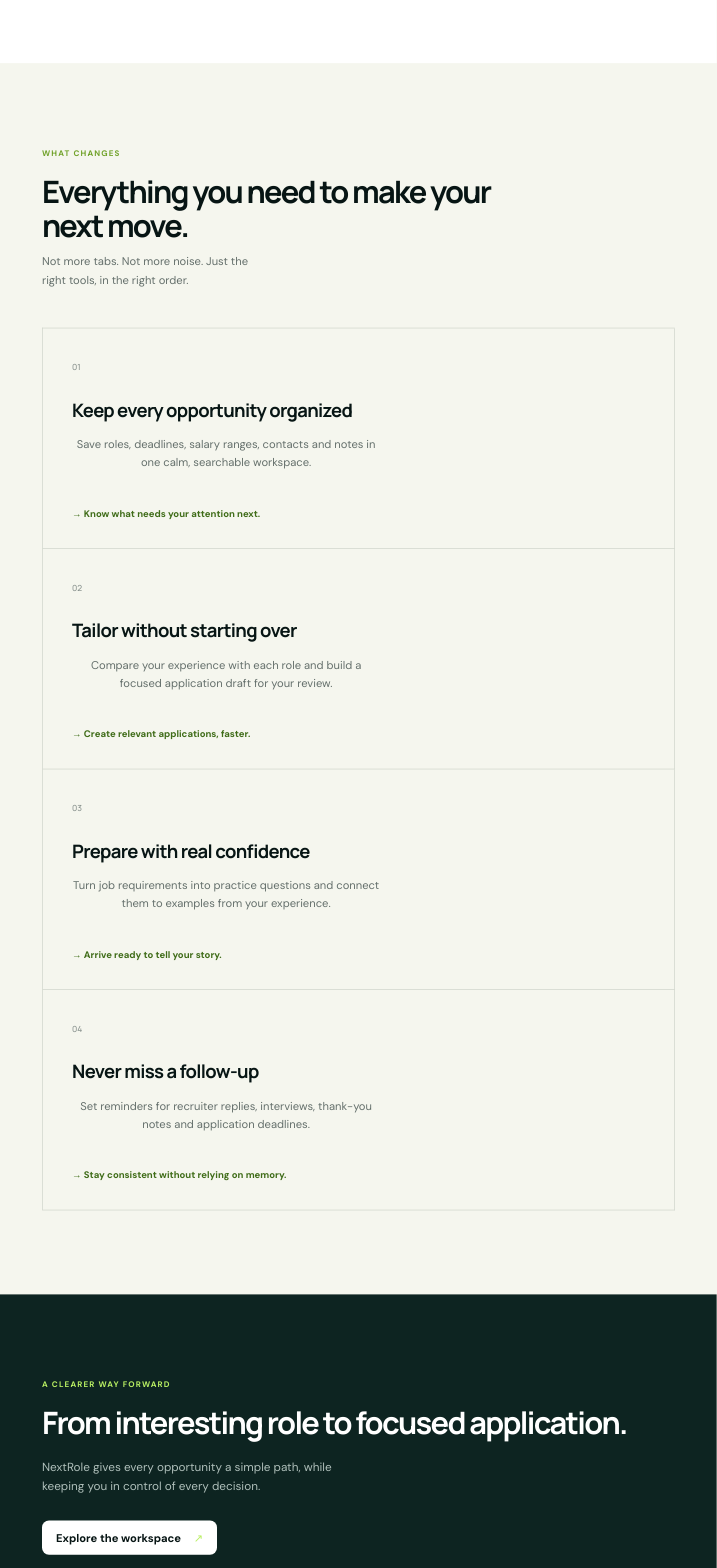
Repository: Lovethrech/NextRole-Nuxt-Portfolio
Page: /
These files come from the project's save history. The page is drawn as it stood at one moment and after a run of saves; the edit follows.
The browser window is 1024 px wide. The pictures show the part of the page from y = 1733 to 3973 px (the page is 7270 px tall), at 70% of full size.
The project was rebuilt for these pictures with package versions that can differ from the ones it lists, and the page was loaded fresh each time. The framework's server and built-in components were replaced by stand-ins that run in the browser. Also part of the build but not shown: nuxt.config.js.

Above is the page before, as saved 2026-09-12 17:17:41.

After the next 2 saves:
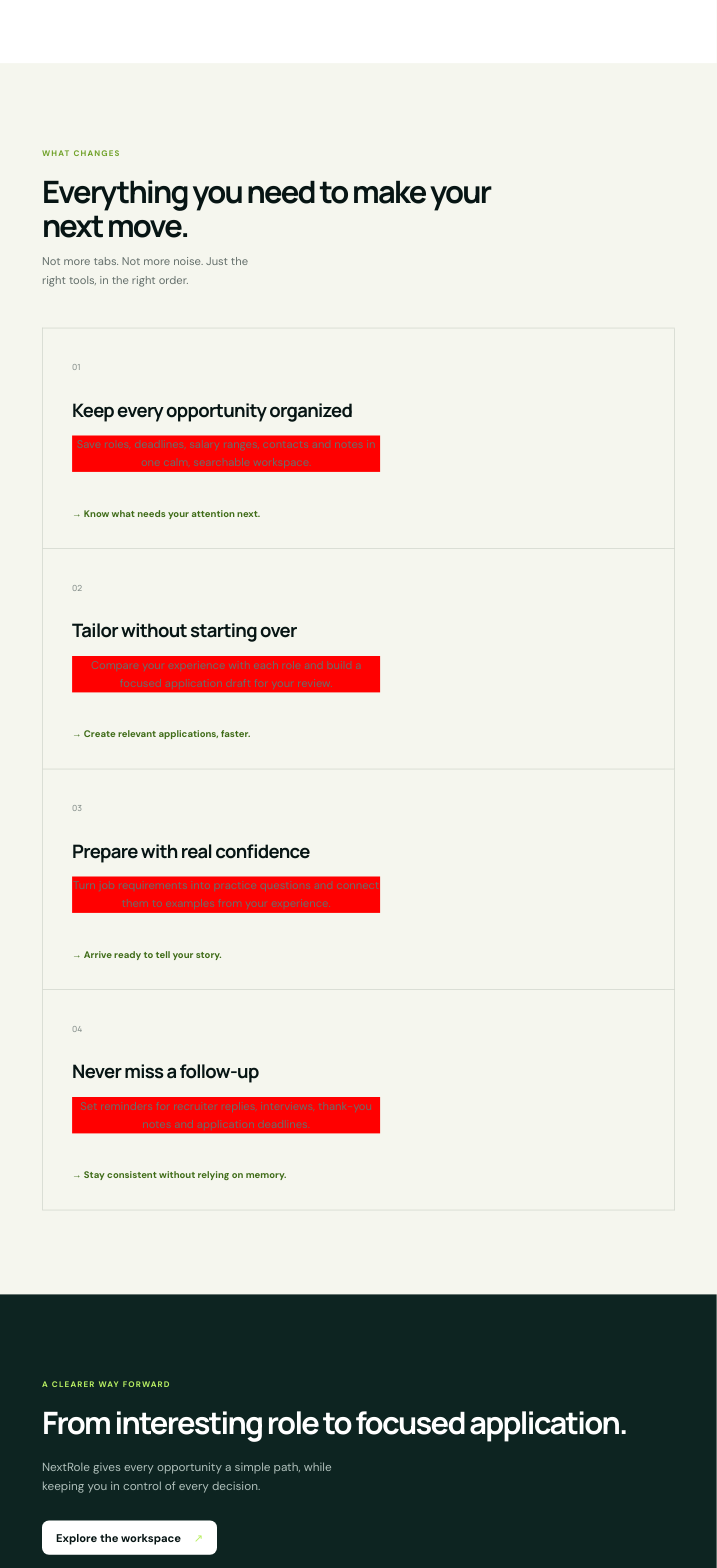
The 2 saves are shown as one change because they came seconds apart.
The last was saved 9 s later.
--- a/assets/css/main.css
+++ b/assets/css/main.css
@@ -596,7 +596,7 @@
     .benefit-grid{grid-template-columns:1fr;
     }
     .benefit-card p{
-        bg-color:red;
+        background-color: red;
         text-align: center;
         width: 100%;
     }
